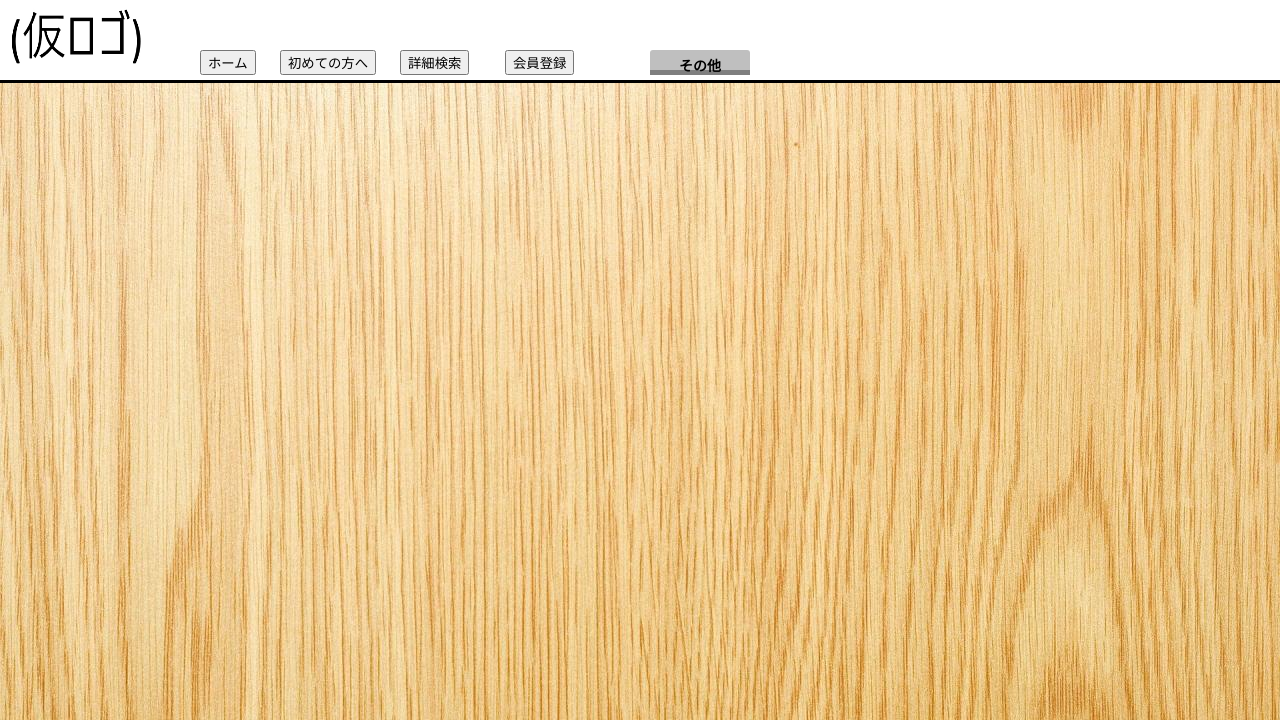
Repository: k0816/backup-master
Page: http://localhost/cycle/partyJoinHistory.jsp
An editor plug-in stored every save of this project. The page is shown before and after the next save, followed by the edit.
The browser window is 1280 px wide. The pictures show the whole page.
The page is served by Tomcat 9.

Above is the page before, as saved 2018-01-19 05:37:38.

After the next save:
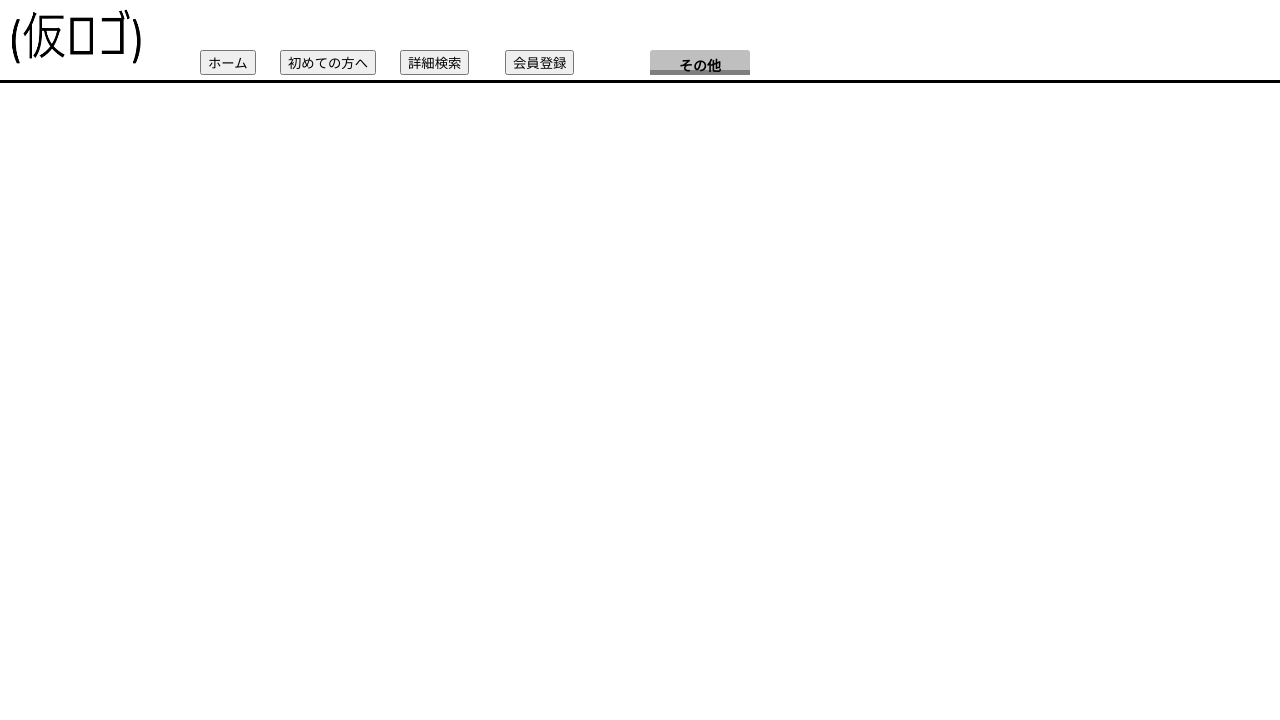
Saved 3 min 21 s later.
--- a/cycle/WebContent/include.jsp
+++ b/cycle/WebContent/include.jsp
@@ -10,8 +10,9 @@
 <meta http-equiv="imagetoolbar" content="no" />
 <meta name="description" content="" />
 <meta name="keywords" content="" />
-<title>ヘッダー記述</title>
+<title>JSP共通設定</title>
 <style type="text/css">
+
 #header {
 	width: 100%;
 	height: 80px;
@@ -57,7 +58,8 @@
 }
 
 body {
-	background: url("./image/wood.jpg");
+	/* background: url("./image/wood.jpg"); */
+	background: FC0;
 	margin: 0;
 	padding: 0;
 }
